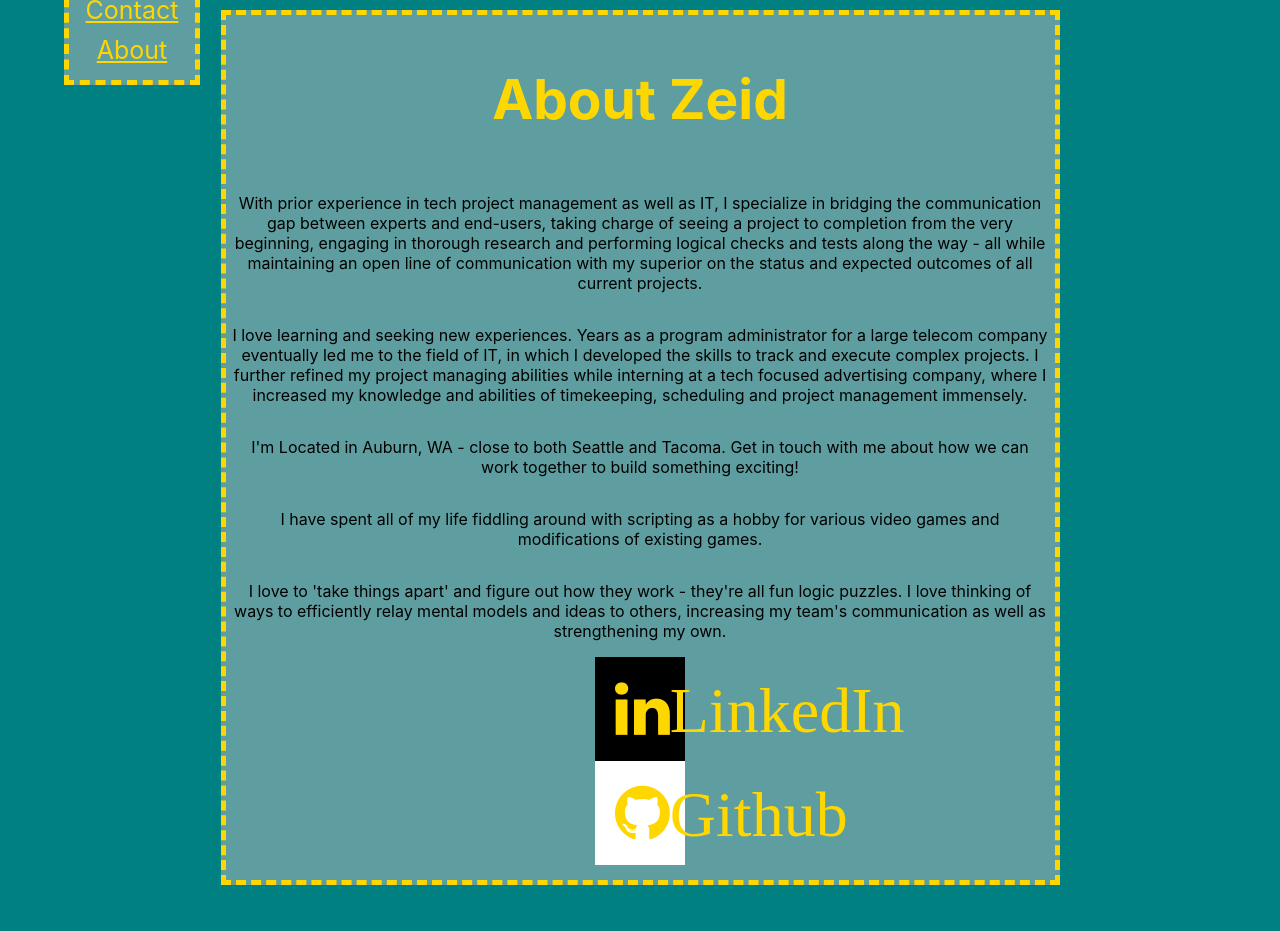
Repository: zeidalidiez/portfolioreact
Page: /
These files come from the project's save history. The page is drawn as it stood at one moment and after the next save; the edit follows.
The browser window is 1280 px wide. The pictures show the whole page.
The project was rebuilt for these pictures with package versions that can differ from the ones it lists, and the page was loaded fresh each time. Also part of the build but not shown: src/components/Thumbnail.js, src/components/Projects.js, src/components/Contact.js.

Above is the page before, as saved 2021-02-08 18:59:55.

### public/index.html
<!DOCTYPE html>
<html lang="en">
  <head>
    <meta charset="utf-8" />
    <link href="data:[embedded picture, 289 characters]" rel="icon" type="image/x-icon" />    <meta name="viewport" content="width=device-width, initial-scale=1" />
    <link rel="stylesheet" href="https://cdnjs.cloudflare.com/ajax/libs/font-awesome/4.7.0/css/font-awesome.min.css">
    <meta name="theme-color" content="#000000" />
    <meta
      name="description"
      content="Web site created using create-react-app"
    />    <!--
      manifest.json provides metadata used when your web app is installed on a
      user's mobile device or desktop. See https://developers.google.com/web/fundamentals/web-app-manifest/
    -->
    <link rel="manifest" href="%PUBLIC_URL%/manifest.json" />
    <!--
      Notice the use of %PUBLIC_URL% in the tags above.
      It will be replaced with the URL of the `public` folder during the build.
      Only files inside the `public` folder can be referenced from the HTML.

      Unlike "/favicon.ico" or "favicon.ico", "%PUBLIC_URL%/favicon.ico" will
      work correctly both with client-side routing and a non-root public URL.
      Learn how to configure a non-root public URL by running `npm run build`.
    -->
    <title>Zeid Diez - Portfolio</title>
  </head>
  <body>
    <noscript>You need to enable JavaScript to run this app.</noscript>
    <div id="root"></div>
    <!--
      This HTML file is a template.
      If you open it directly in the browser, you will see an empty page.

      You can add webfonts, meta tags, or analytics to this file.
      The build step will place the bundled scripts into the <body> tag.

      To begin the development, run `npm start` or `yarn start`.
      To create a production bundle, use `npm run build` or `yarn build`.
    -->
  </body>
</html>

### src/index.js
import React from 'react';
import ReactDOM from 'react-dom';
import './index.css';
import App from './components/App';
import reportWebVitals from './reportWebVitals';

ReactDOM.render(
  <React.StrictMode>
  <App />
  </React.StrictMode>,
  document.getElementById('root')
);

// If you want to start measuring performance in your app, pass a function
// to log results (for example: reportWebVitals(console.log))
// or send to an analytics endpoint. Learn more: https://bit.ly/CRA-vitals
reportWebVitals();

### src/components/App.js
// App.jsx

import React from 'react';
// Import the BrowserRouter, Route and Link components
import {Route, BrowserRouter as Router, Link} from "react-router-dom";
import Projects from './Projects.js';
import Contact from './Contact.js';
import About from './About.js';
import './App.css';

function App() {
  return (
    <header>
    <Router>
      <div className="App">
        <Route exact path="/Projects" component={Projects} />
        <Route exact path="/Contact" component={Contact} />
        <Route exact path="/About" component={About} />
        <Route exact path="/" component={About} />
  <nav>
        <div className="navigation">
          <div className="navigation-sub">
            <Link to="/Projects" className="item">Projects</Link>
            <Link to="/Contact" className="item">Contact</Link>
            <Link to="/About" className="item">About</Link>

          </div>
        </div>
        </nav>
      </div>
    </Router>
    <menu>

</menu>
    </header>


  );
}

export default App;

### src/components/About.js
import React from "react"

function About(props) {
  return (
    <div className="aboutDiv">
      <h2>About Zeid</h2>
      <p>With prior experience in tech project management as well as IT, I specialize in bridging the communication gap between experts and end-users, taking charge of seeing a project to completion from the very beginning, engaging in thorough research and performing logical checks and tests along the way - all while maintaining an open line of communication with my superior on the status and expected outcomes of all current projects. </p>
      <p>I love learning and seeking new experiences. Years as a program administrator for a large telecom company eventually led me to the field of IT, in which I developed the skills to track and execute complex projects. I further refined my project managing abilities while interning at a tech focused advertising company, where I increased my knowledge and abilities of timekeeping, scheduling and project management immensely.</p>
      <p>I'm Located in Auburn, WA - close to both Seattle and Tacoma. Get in touch with me about how we can work together to build something exciting! </p>
      <p>I have spent all of my life fiddling around with scripting as a hobby for various video games and modifications of existing games.</p>
      <p>I love to 'take things apart' and figure out how they work - they're all fun logic puzzles. I love thinking of ways to efficiently relay mental models and ideas to others, increasing my team's communication as well as strengthening my own.</p>

      <a href="https://www.linkedin.com/in/zeid-diez/" class="fa fa-linkedin">LinkedIn</a>
      <a href="https://github.com/zeidalidiez" class="fa fa-github">Github</a>
    </div>
  )
}

export default About;

### src/components/App.css

body {
  background-color: teal;
  display: grid;
}
div {
display: grid;
padding: 5px;
position: relative;
text-align: center;
padding-bottom: 15px;

}
 .projectDiv {
  background-color: cadetblue;
  width: 65%;
  justify-self: center;
  align-self: center;
  align-items: center;
  border: 5px dashed gold;
 }
h2 {
  color: Gold;
  font-size: 55px;
}

/* div.project {
  text-align: center;
  font-family: Georgia, "Times New Roman", Times, serif;
  font-style: italic;
  padding-bottom: 15px;
  border: 5px dashed gold;
  width: 80%;
  justify-self: center;
} */

div.project-title {
  position: relative;
  text-align: center;
  font-family: Georgia, "Times New Roman", Times, serif;
  font-style: italic;
  padding-bottom: 15px;

}

.navigation {
text-align: center;
align-self: center;
top: 0;
position: fixed;
  }

.navigation-sub {
padding: 10px;
text-align: center;
align-self: center;
bottom: auto;
left: 5%;
position: fixed;
border: 5px dashed gold;
background-color: cadetblue;
font-size: 25px;
}

a {
  display: grid;
padding: 5px;
text-align: center;
align-self: center;
}

img {
  display: block;
  margin-left: auto;
  margin-right: auto;
  width: 50%;
}


/* unvisited link */
a:link {
  color: gold;
}

/* visited link */
a:visited {
  color: rgb(255, 208, 0);
}

/* mouse over link */
a:hover {
  color: rgb(255, 174, 0);
}

/* selected link */
a:active {
  color: rgb(255, 0, 0);
}

.aboutDiv {
  background-color: cadetblue;
  width: 65%;
  justify-self: center;
  border: 5px dashed gold;

}

form {
  background-color: cadetblue;
  width: 65%;
  justify-self: center;
  padding-bottom: 60px;
  display: grid;
  border: 5px dashed gold;
}

.emailInput {
  width: 100%;
  padding: 12px 20px;
  margin: 8px 0;
  box-sizing: border-box;
}

.messageInput {
  width: 100%;
  box-sizing: border-box;
  height: 150px;
  border-radius: 4px;
  resize: none;
}

/* Style all font awesome icons */
.fa {
  padding: 20px;
  font-size: 64px;
  width: 50px;
  text-align: center;
  text-decoration: none;
  justify-self: center;
}

/* Add a hover effect if you want */
.fa:hover {
  opacity: 0.7;
}

/* Set a specific color for each brand */

/* linkedin */
.fa-linkedin {
  background: #000000;
  color: white;
}

/* github */
.fa-github {
  background: #ffffff;
  color: rgb(0, 0, 0);
}

@media screen and (max-width: 800px) {
  .navigation {
    text-align: center;
    align-self: center;
    top: 0;
    position: fixed;
      }

    .navigation-sub {
    padding: 10px;
    text-align: center;
    align-self: center;
    bottom: auto;
    left: 5%;
    position: fixed;
    border: 5px dashed gold;
    background-color: cadetblue;
    font-size: 10px;
    }
}

Loaded but not shown: src/index.css (common file); src/reportWebVitals.js (common file)

After the next save:
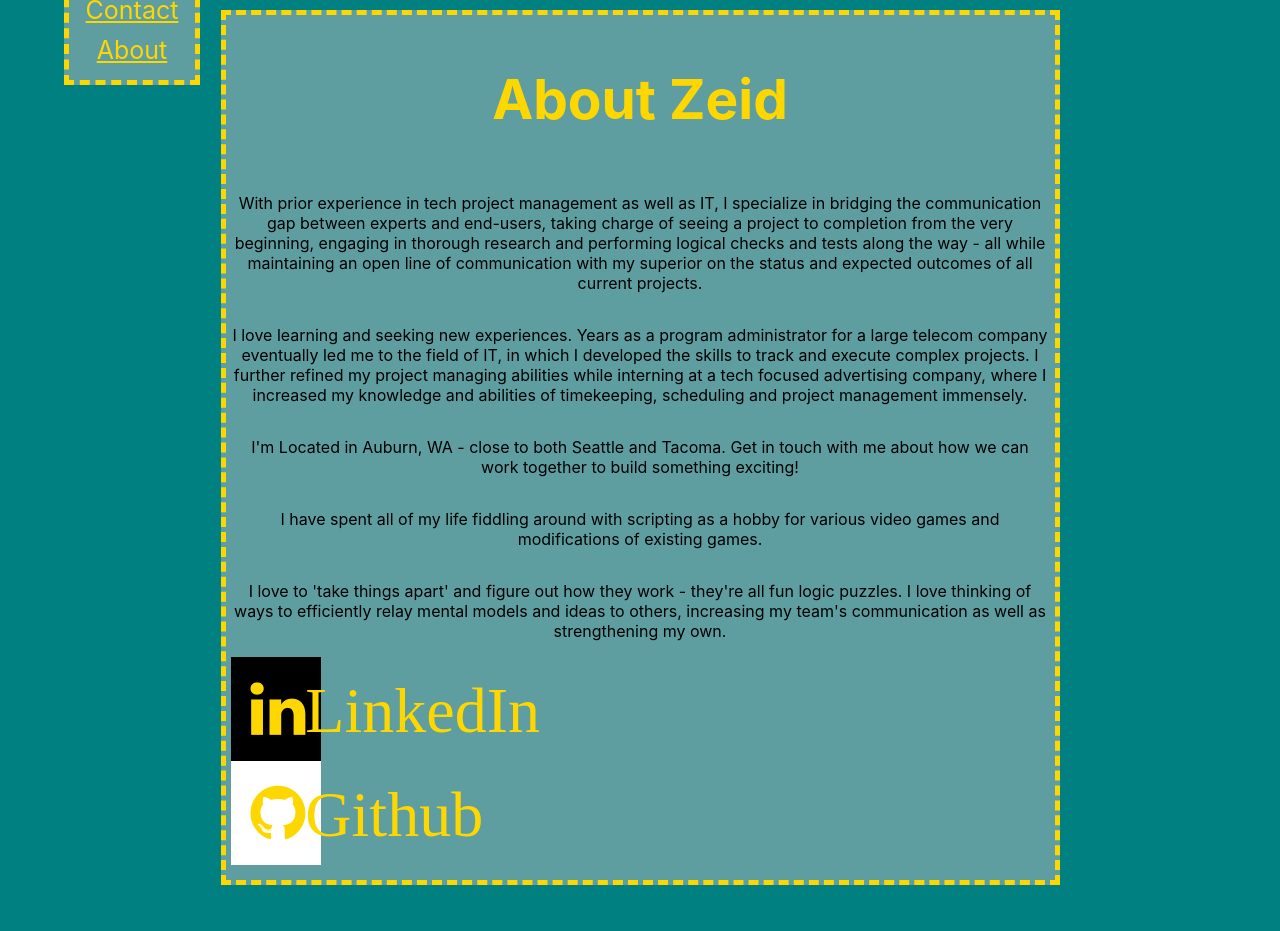
Saved 28 s later.
--- a/src/components/App.css
+++ b/src/components/App.css
@@ -136,7 +136,7 @@ form {
   width: 50px;
   text-align: center;
   text-decoration: none;
-  justify-self: center;
+  justify-self: left;
 }
 
 /* Add a hover effect if you want */
